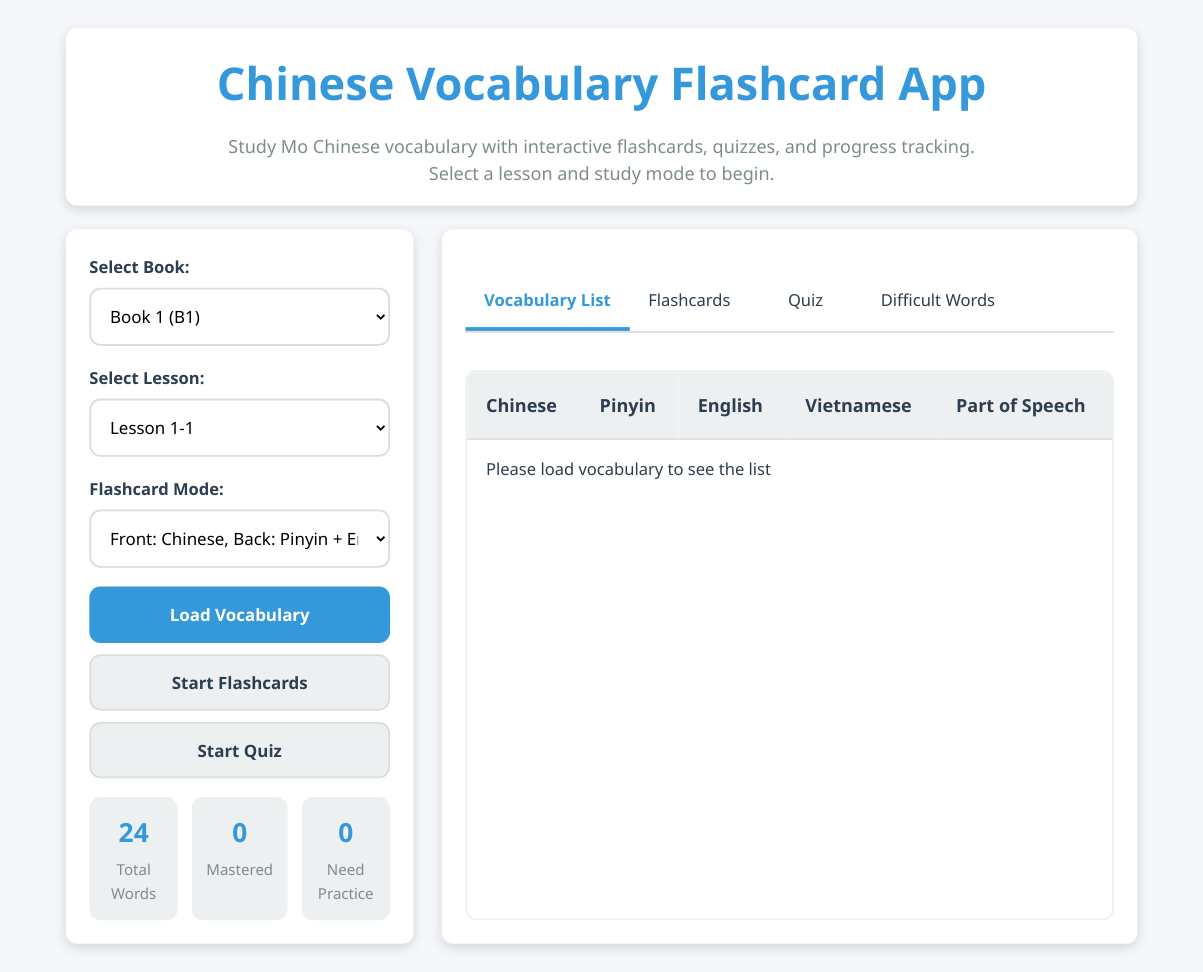
Repository: fangdongyzu/dangdaiflashcards
Page: index.html
The author's editor kept a copy of each file at every save. The page is drawn from the files as they stood at one save, then again after a run of saves.
The browser window is 1280 px wide. The pictures show the whole page, at 94% of full size.

Above is the page before, as saved 2025-11-03 22:50:39.

### index.html
<!DOCTYPE html>
<html lang="en">
<head>
    <meta charset="UTF-8">
    <meta name="viewport" content="width=device-width, initial-scale=1.0">
    <title>Chinese Vocabulary Flashcard App</title>
    <link rel="stylesheet" href="styles.css">
</head>
<body>
    <div class="container">
        <header>
            <h1>Chinese Vocabulary Flashcard App</h1>
            <p class="app-description">Study Mo Chinese vocabulary with interactive flashcards, quizzes, and progress tracking. Select a lesson and study mode to begin.</p>
        </header>

        <div class="main-content">
            <div class="control-panel">
                <div class="form-group">
                    <label for="book-select">Select Book:</label>
                    <select id="book-select">
                        <option value="B1">Book 1 (B1)</option>
                        <option value="B2">Book 2 (B2)</option>
                        <option value="B3">Book 3 (B3)</option>
                        <option value="B4">Book 4 (B4)</option>
                        <option value="B5">Book 5 (B5)</option>
                        <option value="B6">Book 6 (B6)</option>
                    </select>
                </div>

                <div class="form-group">
                    <label for="lesson-select">Select Lesson:</label>
                    <select id="lesson-select">
                        <!-- Lessons will be populated by JavaScript -->
                    </select>
                </div>

                <div class="form-group">
                    <label for="mode-select">Flashcard Mode:</label>
                    <select id="mode-select">
                        <option value="chinese-front">Front: Chinese, Back: Pinyin + English + Vietnamese</option>
                        <option value="pinyin-front">Front: Pinyin, Back: Chinese + English + Vietnamese</option>
                        <option value="english-front">Front: English, Back: Chinese + Pinyin + Vietnamese</option>
                        <option value="vietnamese-front">Front: Vietnamese, Back: Chinese + Pinyin + English</option>
                    </select>
                </div>

                <div class="button-group">
                    <button id="load-vocab-btn" class="btn primary">Load Vocabulary</button>
                    <button id="start-flashcards-btn" class="btn secondary">Start Flashcards</button>
                    <button id="start-quiz-btn" class="btn secondary">Start Quiz</button>
                </div>

                <div class="stats">
                    <div class="stat-item">
                        <div class="stat-value" id="total-words">0</div>
                        <div class="stat-label">Total Words</div>
                    </div>
                    <div class="stat-item">
                        <div class="stat-value" id="mastered-words">0</div>
                        <div class="stat-label">Mastered</div>
                    </div>
                    <div class="stat-item">
                        <div class="stat-value" id="difficult-words">0</div>
                        <div class="stat-label">Need Practice</div>
                    </div>
                </div>

                <div class="loading-indicator hidden" id="loading-indicator">
                    <div class="loading-spinner"></div>
                    <p>Loading vocabulary data...</p>
                </div>
            </div>

            <div class="study-area">
                <div class="tab-container">
                    <div class="tabs">
                        <div class="tab active" data-tab="vocabulary">Vocabulary List</div>
                        <div class="tab" data-tab="flashcards">Flashcards</div>
                        <div class="tab" data-tab="quiz">Quiz</div>
                        <div class="tab" data-tab="difficult">Difficult Words</div>
                    </div>

                    <div class="tab-content active" id="vocabulary-content">
                        <div class="vocabulary-list">
                            <table class="vocabulary-table">
                                <thead>
                                    <tr>
                                        <th>Chinese</th>
                                        <th>Pinyin</th>
                                        <th>English</th>
                                        <th>Vietnamese</th>
                                        <th>Part of Speech</th>
                                    </tr>
                                </thead>
                                <tbody id="vocabulary-table-body">
                                    <tr>
                                        <td colspan="5" class="text-center">Please load vocabulary to see the list</td>
                                    </tr>
                                </tbody>
                            </table>
                        </div>
                    </div>

                    <div class="tab-content" id="flashcards-content">
                        <div class="flashcard" id="flashcard">
                            <div class="flashcard-inner">
                                <div class="flashcard-front">
                                    <div class="chinese-character" id="flashcard-front-content">請選擇課程</div>
                                </div>
                                <div class="flashcard-back">
                                    <div class="flashcard-content" id="flashcard-back-content">Please select a lesson</div>
                                </div>
                            </div>
                        </div>
                        <div class="flashcard-controls">
                            <button id="prev-card-btn" class="btn secondary">Previous</button>
                            <button id="flip-card-btn" class="btn primary">Flip Card</button>
                            <button id="next-card-btn" class="btn secondary">Next</button>
                            <button id="mark-difficult-btn" class="btn warning">Mark Difficult</button>
                            <button id="mark-mastered-btn" class="btn success">Mark Mastered</button>
                        </div>
                        <div class="progress-info">
                            <div class="progress-text" id="progress-text">Card 0 of 0</div>
                            <div class="progress-bar">
                                <div class="progress" id="flashcard-progress"></div>
                            </div>
                        </div>
                    </div>

                    <div class="tab-content" id="quiz-content">
                        <div class="quiz-setup" id="quiz-setup">
                            <h3>Choose Quiz Type</h3>
                            <div class="quiz-type-selection">
                                <div class="quiz-type-option" data-quiz-type="chinese-english">
                                    <div class="quiz-type-icon">🇨🇳 → 🇺🇸</div>
                                    <div class="quiz-type-info">
                                        <h4>Chinese → English</h4>
                                        <p>Test your English translation skills</p>
                                    </div>
                                </div>
                                <div class="quiz-type-option" data-quiz-type="chinese-vietnamese">
                                    <div class="quiz-type-icon">🇨🇳 → 🇻🇳</div>
                                    <div class="quiz-type-info">
                                        <h4>Chinese → Vietnamese</h4>
                                        <p>Test your Vietnamese translation skills</p>
                                    </div>
                                </div>
                                <div class="quiz-type-option" data-quiz-type="chinese-pinyin">
                                    <div class="quiz-type-icon">🇨🇳 → 📝</div>
                                    <div class="quiz-type-info">
                                        <h4>Chinese → Pinyin</h4>
                                        <p>Test your pinyin knowledge</p>
                                    </div>
                                </div>
                                <div class="quiz-type-option" data-quiz-type="mixed">
                                    <div class="quiz-type-icon">🎲</div>
                                    <div class="quiz-type-info">
                                        <h4>Mixed Questions</h4>
                                        <p>Random combination of all question types</p>
                                    </div>
                                </div>
                            </div>
                            <div class="quiz-start-controls">
                                <button id="start-selected-quiz" class="btn primary" disabled>Start Selected Quiz</button>
                            </div>
                        </div>

                        <div class="quiz-container hidden" id="quiz-container">
                            <div class="quiz-question" id="quiz-question">Loading question...</div>
                            <div class="quiz-options" id="quiz-options">
                                <!-- Quiz options will be populated by JavaScript -->
                            </div>
                            <div class="quiz-feedback" id="quiz-feedback"></div>
                            <div class="quiz-controls">
                                <button id="next-question-btn" class="btn primary hidden">Next Question</button>
                            </div>
                            <div class="progress-info">
                                <div class="progress-text" id="quiz-progress-text">Question 0 of 0</div>
                                <div class="progress-bar">
                                    <div class="progress" id="quiz-progress"></div>
                                </div>
                            </div>
                        </div>
                    </div>

                    <div class="tab-content" id="difficult-content">
                        <div class="difficult-words">
                            <h3>Words Needing Practice</h3>
                            <ul class="difficult-words-list" id="difficult-words-list">
                                <li class="difficult-word text-center">No difficult words yet. Keep studying!</li>
                            </ul>
                            <div class="difficult-words-controls">
                                <button id="practice-difficult-btn" class="btn primary">Practice These Words</button>
                                <button id="clear-difficult-btn" class="btn warning">Clear List</button>
                            </div>
                        </div>
                    </div>
                </div>
            </div>
        </div>
    </div>

    <script src="script.js"></script>
</body>
</html>

Loaded but not shown: script.js (1231 lines, source omitted); styles.css (975 lines, source omitted)

After the next 2 saves:
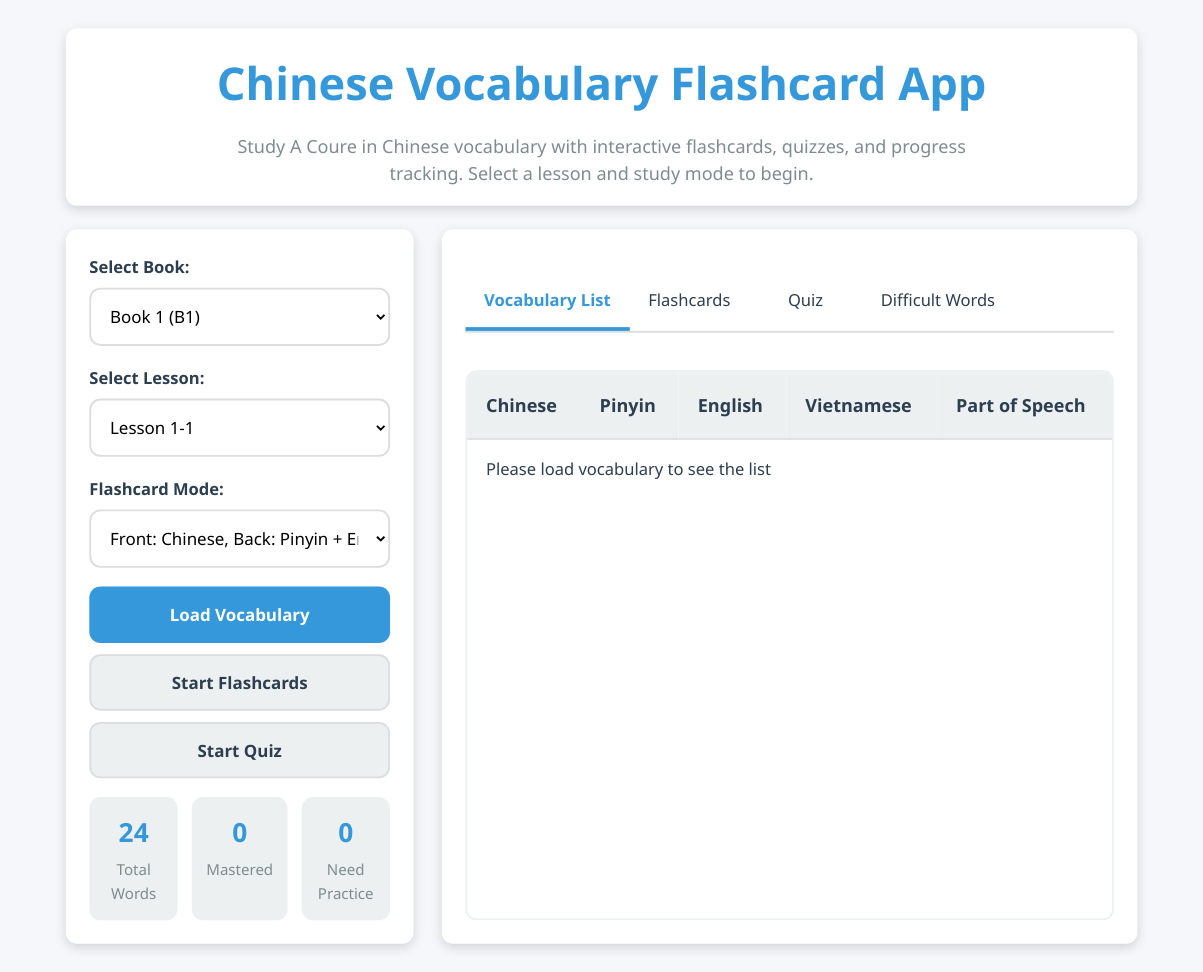
The 2 saves are shown as one change because they came seconds apart.
The last was saved 30 s later.
--- a/index.html
+++ b/index.html
@@ -10,7 +10,7 @@
     <div class="container">
         <header>
             <h1>Chinese Vocabulary Flashcard App</h1>
-            <p class="app-description">Study Mo Chinese vocabulary with interactive flashcards, quizzes, and progress tracking. Select a lesson and study mode to begin.</p>
+            <p class="app-description">Study A Coure in  Chinese vocabulary with interactive flashcards, quizzes, and progress tracking. Select a lesson and study mode to begin.</p>
         </header>
 
         <div class="main-content">
